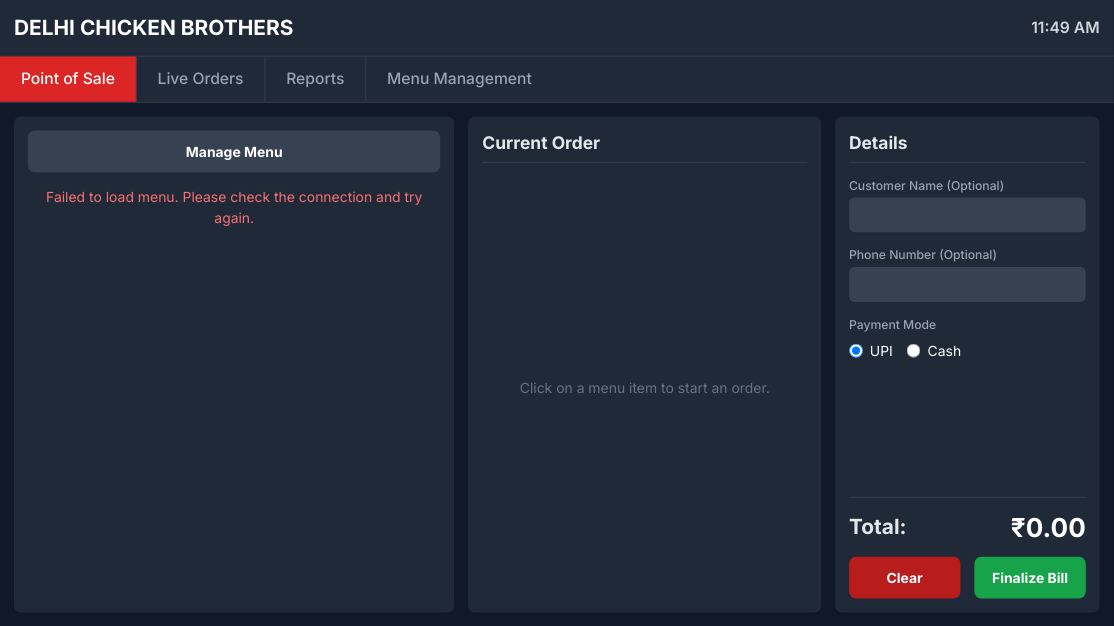
Repository: roydigital/dcb-pos-app
Page: index.html
The author's editor kept a copy of each file at every save. The page is drawn from the files as they stood at one save, then again after the next save.
The browser window is 1280 px wide. The pictures show the whole page, at 87% of full size.
The page's requests for data from a server got no answer. Some web libraries are served in a nearby version.

Above is the page before, as saved 2025-09-15 15:39:27.

After the next save:
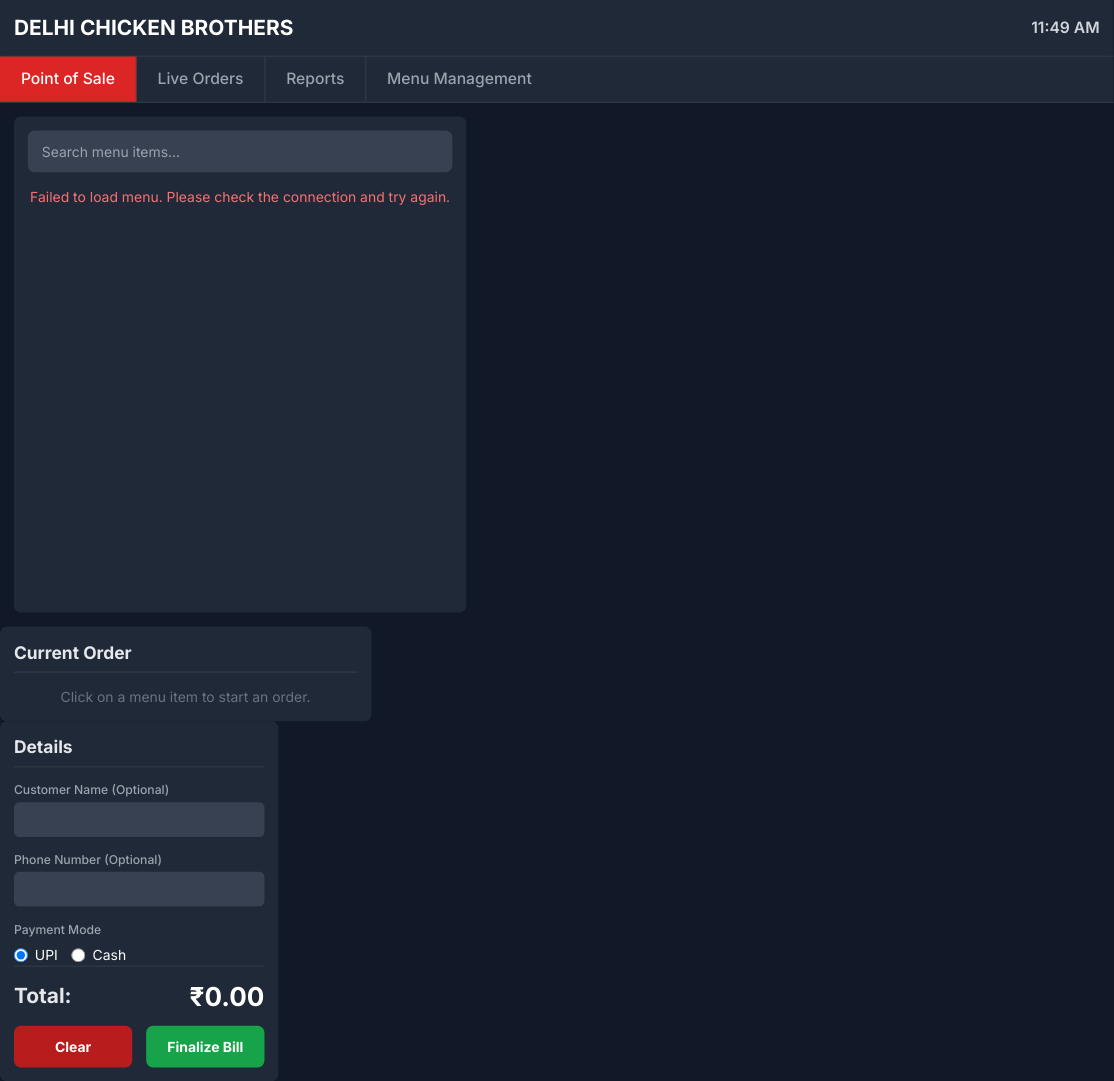
Saved 36 min 10 s later.
--- a/index.html
+++ b/index.html
@@ -36,10 +36,10 @@
         <main class="flex-grow flex p-4 space-x-4 overflow-hidden">
             <!-- Left Column: Menu -->
             <div class="w-5/12 bg-gray-800 rounded-lg p-4 flex flex-col">
-                <button class="w-full bg-gray-700 hover:bg-gray-600 text-white font-bold py-3 px-4 rounded-lg mb-4">
-                    Manage Menu
-                </button>
+                <input type="text" id="menu-search-input" placeholder="Search menu items..." class="w-full bg-gray-700 text-white py-3 px-4 rounded-lg mb-4 focus:outline-none focus:ring-2 focus:ring-red-500">
                 <div id="menu-grid" class="grid grid-cols-2 md:grid-cols-3 lg:grid-cols-4 gap-4 overflow-y-auto flex-grow">
+                    <!-- Menu items will be dynamically inserted here -->
+                </div>
                     <!-- Menu items will be dynamically inserted here -->
                 </div>
             </div>

After the save that followed:
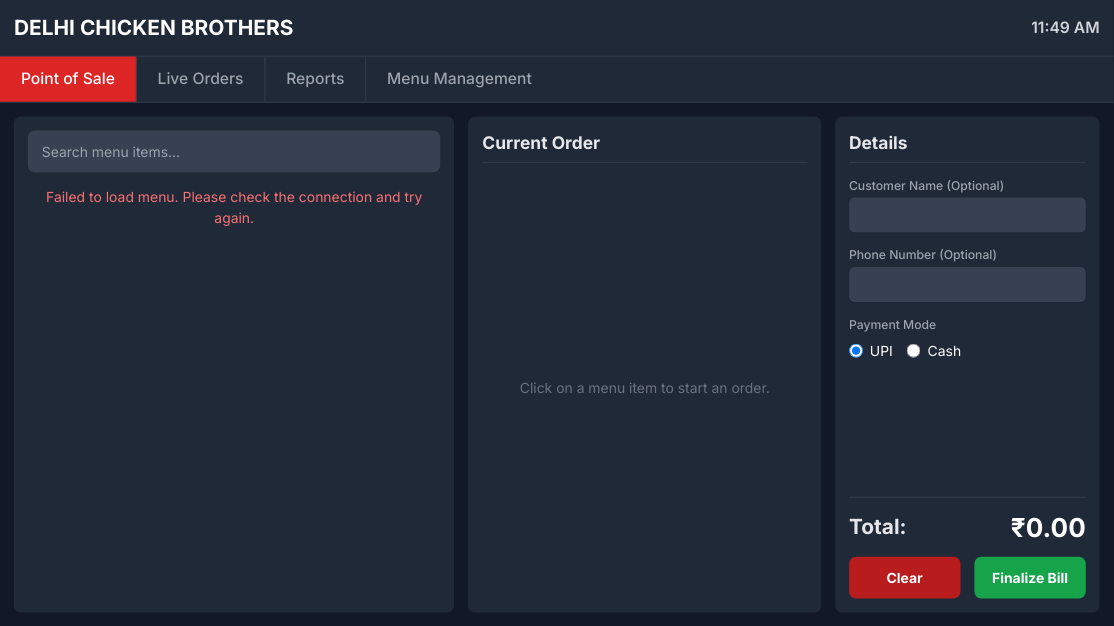
Saved 10 s later.
--- a/index.html
+++ b/index.html
@@ -40,8 +40,6 @@
                 <div id="menu-grid" class="grid grid-cols-2 md:grid-cols-3 lg:grid-cols-4 gap-4 overflow-y-auto flex-grow">
                     <!-- Menu items will be dynamically inserted here -->
                 </div>
-                    <!-- Menu items will be dynamically inserted here -->
-                </div>
             </div>
 
             <!-- Middle Column: Current Order -->
@@ -101,44 +99,49 @@
 
     <script>
         let currentOrder = [];
-
-        async function populateMenu() {
+        let fullMenuList = [];
+
+        function populateMenu(menuItemsToShow) {
             const menuGrid = document.getElementById('menu-grid');
             menuGrid.innerHTML = ''; // Clear existing items
 
+            menuItemsToShow.forEach(item => {
+                item.prices.forEach(priceInfo => {
+                const button = document.createElement('button');
+                button.className = 'bg-gray-700 hover:bg-red-600 text-white font-semibold py-3 px-2 rounded-lg text-sm flex flex-col justify-center items-center shadow-lg transition-colors duration-200';
+
+                let itemName = item.name;
+                if (priceInfo.size !== 'Standard') {
+                    itemName += ` (${priceInfo.size})`;
+                }
+
+                const nameSpan = document.createElement('span');
+                nameSpan.textContent = itemName;
+                nameSpan.className = 'text-center';
+
+                const priceSpan = document.createElement('span');
+                priceSpan.textContent = `₹${priceInfo.price.toFixed(2)}`;
+                priceSpan.className = 'text-lg font-bold mt-1';
+
+                button.appendChild(nameSpan);
+                button.appendChild(priceSpan);
+
+                button.addEventListener('click', () => addToOrder(itemName, priceInfo.price));
+
+                menuGrid.appendChild(button);
+                });
+            });
+        }
+
+        async function fetchAndDisplayMenu() {
+            const menuGrid = document.getElementById('menu-grid');
             try {
                 const response = await fetch('http://localhost:3002/api/menu');
                 if (!response.ok) {
                     throw new Error(`HTTP error! status: ${response.status}`);
                 }
-                const menuData = await response.json();
-
-                menuData.forEach(item => {
-                    item.prices.forEach(priceInfo => {
-                    const button = document.createElement('button');
-                    button.className = 'bg-gray-700 hover:bg-red-600 text-white font-semibold py-3 px-2 rounded-lg text-sm flex flex-col justify-center items-center shadow-lg transition-colors duration-200';
-
-                    let itemName = item.name;
-                    if (priceInfo.size !== 'Standard') {
-                        itemName += ` (${priceInfo.size})`;
-                    }
-
-                    const nameSpan = document.createElement('span');
-                    nameSpan.textContent = itemName;
-                    nameSpan.className = 'text-center';
-
-                    const priceSpan = document.createElement('span');
-                    priceSpan.textContent = `₹${priceInfo.price.toFixed(2)}`;
-                    priceSpan.className = 'text-lg font-bold mt-1';
-
-                    button.appendChild(nameSpan);
-                    button.appendChild(priceSpan);
-
-                    button.addEventListener('click', () => addToOrder(itemName, priceInfo.price));
-
-                    menuGrid.appendChild(button);
-                    });
-                });
+                fullMenuList = await response.json();
+                populateMenu(fullMenuList);
             } catch (error) {
                 console.error("Failed to fetch menu:", error);
                 menuGrid.innerHTML = `<p class="text-red-400 col-span-full text-center">Failed to load menu. Please check the connection and try again.</p>`;
@@ -378,8 +381,14 @@
             }
         });
 
+        document.getElementById('menu-search-input').addEventListener('input', (e) => {
+            const searchTerm = e.target.value.toLowerCase();
+            const filteredMenu = fullMenuList.filter(item => item.name.toLowerCase().includes(searchTerm));
+            populateMenu(filteredMenu);
+        });
+
         // Initial calls
-        populateMenu();
+        fetchAndDisplayMenu();
         updateTime();
         setInterval(updateTime, 1000); // Update time every second
     </script>
